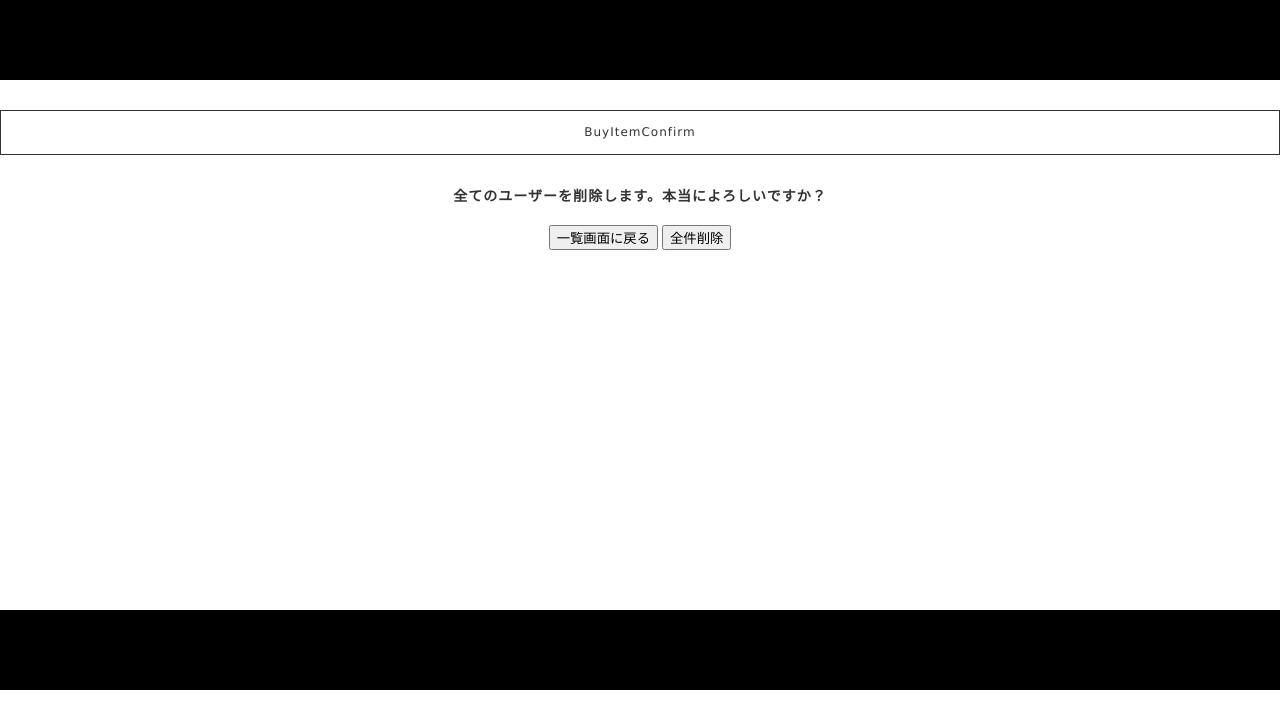
Repository: hirose0320/test
Page: http://localhost/ecsite2/userListDeleteConfirm.jsp
An editor plug-in stored every save of this project. The page is shown before and after the next save, followed by the edit.
The browser window is 1280 px wide. The pictures show the whole page.
Some web libraries are served in a nearby version. The page is served by Tomcat 9.

Above is the page before, as saved 2019-03-07 01:51:48.

After the next save:
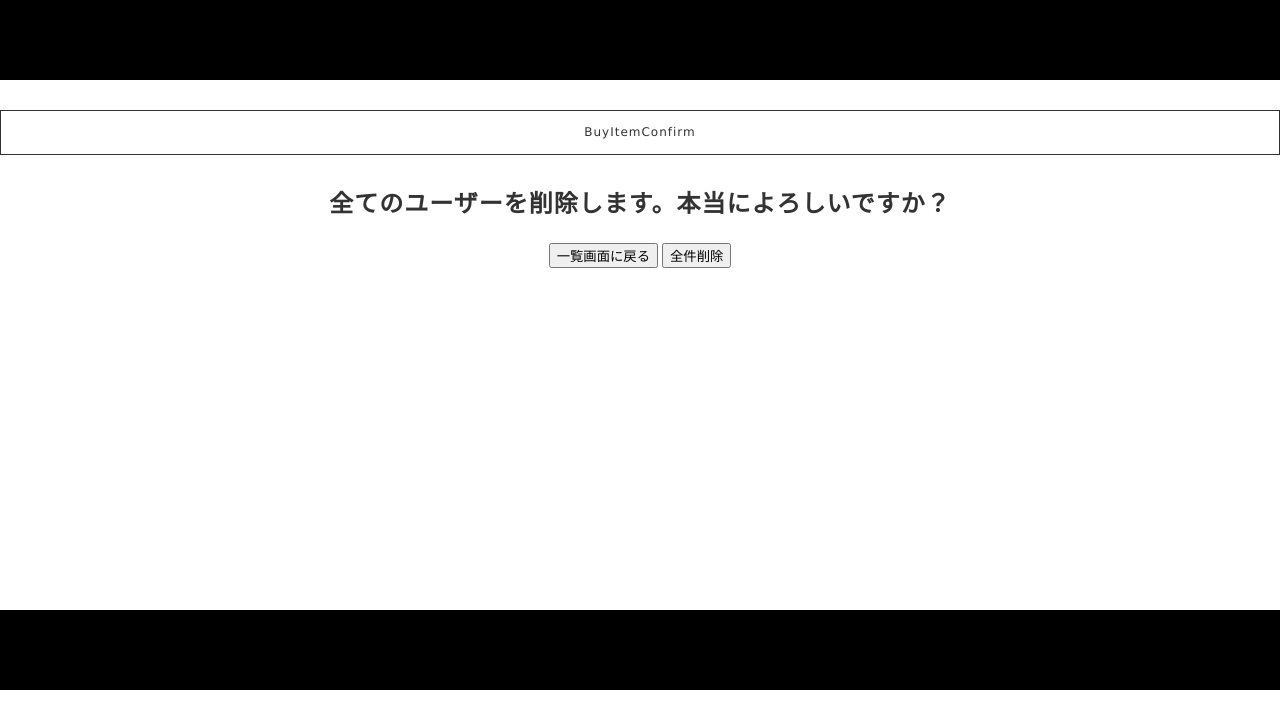
Saved 26 s later.
--- a/ecsite2/WebContent/userListDeleteConfirm.jsp
+++ b/ecsite2/WebContent/userListDeleteConfirm.jsp
@@ -75,7 +75,7 @@
 		<div>
 
 			<s:form>
-				<h3>全てのユーザーを削除します。本当によろしいですか？</h3>
+				<h1>全てのユーザーを削除します。本当によろしいですか？</h1>
 				<tr>
 					<td><input type="button" value="一覧画面に戻る"
 						onclick="submitAction('UserListAction')" /></td>
